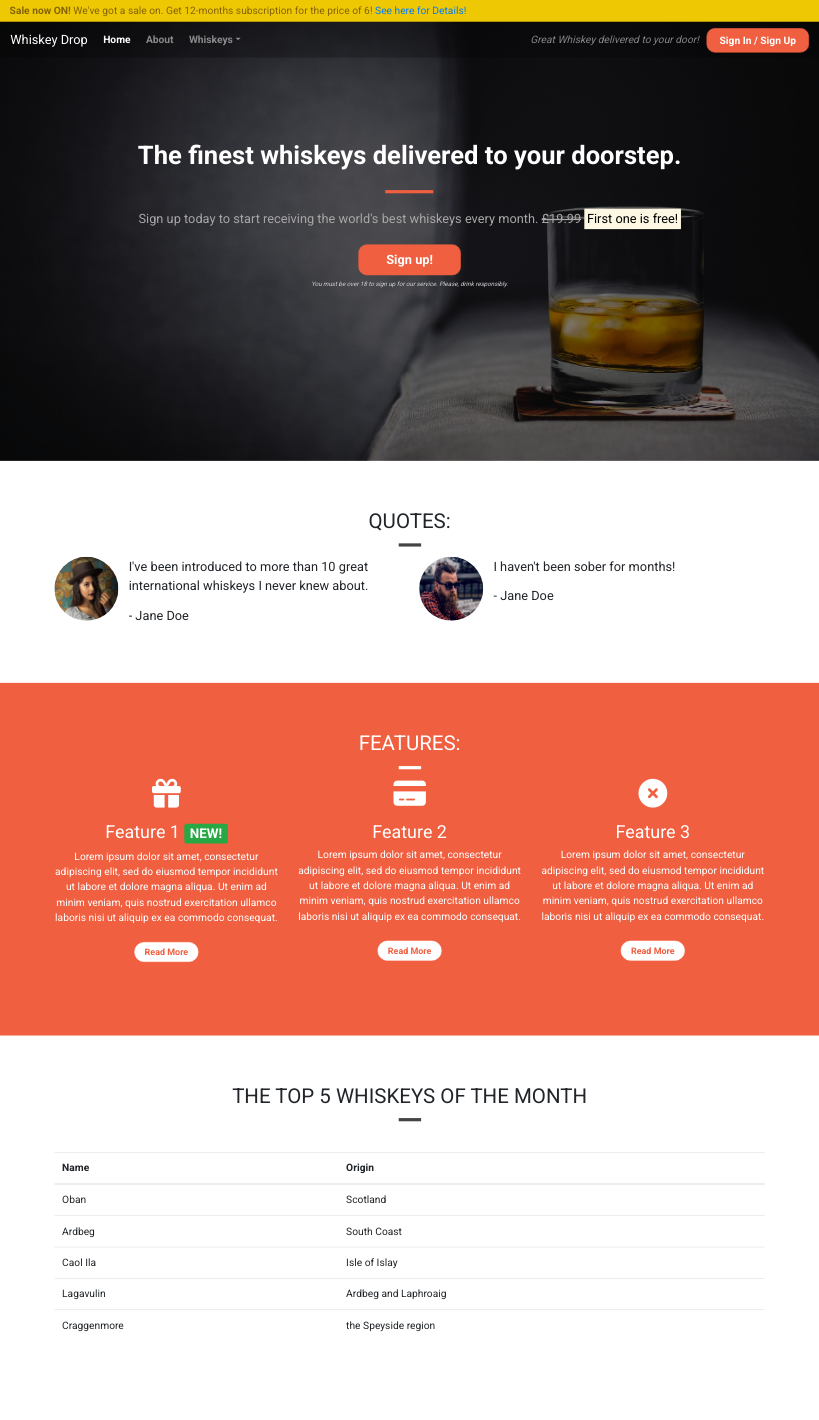
Repository: hidayatmansuri/BootStrap
Page: index.html
The author's editor kept a record of every edit. The page is drawn from the files as they stood at one moment, then again after the next edit.
The browser window is 1280 px wide. The pictures show the whole page, at 64% of full size.
Backgrounds fixed to the window are drawn as part of the page. Some web libraries are served in a nearby version.

Above is the page before.

### index.html
<!DOCTYPE html>
<html lang="en-us">

<head>
    <meta charset="utf-8">
    <meta name="viewport" content="width=device-width, initial-scale=1.0">
    <meta http-equiv="X-UA-Compatible" content="ie=edge">
    <title>Whiskey Drop | Taste a new whiskey every month</title>
    <link rel="stylesheet" href="https://maxcdn.bootstrapcdn.com/bootstrap/4.1.3/css/bootstrap.min.css">
    <script src="https://kit.fontawesome.com/011e87d520.js"></script>
    <link href="https://fonts.googleapis.com/css?family=Roboto:400,700&display=swap" rel="stylesheet">
    <link rel="stylesheet" href="css/style.css" type="text/css" />
</head>

<body>
    <div class="container-fluid navalert-container">
        <div class="container-fluid alert-container">
            <div class="row d-none d-sm-block">
                <div class="col-12">
                    <div class="site-wide-alert aler alert-warning">
                        <strong>Sale now ON!</strong> We've got a sale on. Get 12-months subscription for the price of 6! <a href="">See here for Details!</a>
                    </div>
                </div>
            </div>
        </div>
        <nav class="navbar navbar-dark navbar-expand-sm">
            <a href="/" class="navbar-brand"> Whiskey Drop</a>
            <button class="navbar-toggler ml-auto" type="button" data-toggle="collapse" data-target="#navbarNavDropdown" aria-controls="navbarNavDropdown" aria-expanded="false" aria-label="Toggle navigation">
        <span class="navbar-toggler-icon"></span></button>
            <div class="collapse navbar-collapse" id="navbarNavDropdown">
                <ul class="navbar-nav mr-auto">
                    <li class="active nav-item mr-2"><a class="nav-link" href="/">Home</a></li>
                    <li class="nav-item mr-2"><a class="nav-link" href="/ about">About</a></li>
                    <li class="nav-item dropdown">
                        <a class="nav-link dropdown-toggle" href="#" id="navbarDropdownMenuLink" role="button" data-toggle="dropdown" aria-haspopup="true" aria-expanded="false">Whiskeys</a>
                        <div class="dropdown-menu" aria-labelledby="navbarDropdownMenuLink">
                            <a class="dropdown-item" href="#">Irish</a>
                            <a class="dropdown-item" href="#">Scotch</a>
                            <a class="dropdown-item" href="#">Japanese</a>
                            <a class="dropdown-item" href="#">American</a>
                        </div>
                    </li>
                    <li class="nav-item mr-2 d-block d-sm-none">
                        <a class="nav-link " href="/ login">Sign In / Sign Up</a></li>
                </ul>
            </div>
            <div class="d-none d-md-block">
                <p class="navbar-text my-auto mr-2"><i>Great Whiskey delivered to your door!</i></p>
                <a href="/login" class="btn btn--cta btn--red"> Sign In / Sign Up</a>
            </div>
        </nav>
    </div>

    <!-- Callout -->
    <div class="container-fluid callout-container">
        <div class="opaque-overlay">&nbsp</div>
        <div class="row ">
            <div class="col-12">
                <section class="callout jumbotron text-center">
                    <h1 class="jumbotron-header">The finest whiskeys delivered to your doorstep.</h1>
                    <hr class="block-divider block-divider--orange">
                    <p class="lead">Sign up today to start receiving the world's best whiskeys every month.
                        <s class="d-none d-sm-inline">£19.99</s>
                        <span class="d-inline d-sm-none"><br></span>
                        <strong><mark>First one is free!</mark></strong></p>
                    <button class="btn btn-lg btn--cta btn--red" data-toggle="modal" data-target="#signUpModal">Sign up!</button>
                    <p class="text-muted"><small>You must be over 18 to sign up for our service. Please, drink responsibly.</small></p>
                </section>
            </div>
        </div>
    </div>
    <!-- /.callout -->


    <!-- Quotes -->
    <div class="container-wrapper">
        <div class="container quotes-container content-container">
            <section class="quotes">
                <div class="row">
                    <div class="col-12 page-header">
                        <h2 class="text-uppercase">Quotes:</h2>
                        <hr class="block-divider block-divider--short">
                    </div>
                </div>
                <div class="row">
                    <div class="col-12 col-md-6">
                        <div class="media">
                            <div class="d-none d-sm-block">
                                <img src="images/girl-image.png" class="rounded-circle mr-3" height=100 width=100>
                            </div>
                            <div class="media-body">
                                <blockquote class="blockquote">
                                    <p>I've been introduced to more than 10 great international whiskeys I never knew about.</p>
                                    <p>- Jane Doe</p>
                                </blockquote>
                            </div>
                        </div>
                    </div>
                    <div class="col-12 col-md-6">
                        <div class="media">
                            <div class="d-none d-sm-block">
                                <img src="images/guy-image.png" class="rounded-circle mr-3" height=100 width=100>
                            </div>
                            <div class="media-body">
                                <blockquote class="blockquote">
                                    <p>I haven't been sober for months!</p>
                                    <p>- Jane Doe</p>
                                </blockquote>
                            </div>
                        </div>
                    </div>
                </div>
            </section>
            <!-- /.quotes -->
        </div>
    </div>
    <!-- Features -->
    <div class="containr-wrapper container-wrapper--red">
        <div class="container feature-container content-container">
            <section class="features">
                <div class="row">
                    <div class="col-12 page-header">
                        <h2 class="text-uppercase">Features:</h2>
                        <hr class="block-divider block-divider--short block-divider--white">
                    </div>
                </div>
                <div class="row">
                    <div class="col-12 col-md-6 col-lg-4">
                        <div class="feature">
                            <h3><i class="fas fa-gift d-none d-sm-block"></i> Feature 1 <span class="badge badge-success">NEW!</span></h3>
                            <p>Lorem ipsum dolor sit amet, consectetur adipiscing elit, sed do eiusmod tempor incididunt ut labore et dolore magna aliqua. Ut enim ad minim veniam, quis nostrud exercitation ullamco laboris nisi ut aliquip ex ea commodo consequat.</p>
                            <p><a class="btn btn-sm btn-light" href="">Read More</a></p>
                        </div>
                    </div>
                    <div class="col-12 col-md-6 col-lg-4">
                        <div class="feature">
                            <h3><i class="fas fa-credit-card d-none d-sm-block"></i> Feature 2</h3>
                            <p>Lorem ipsum dolor sit amet, consectetur adipiscing elit, sed do eiusmod tempor incididunt ut labore et dolore magna aliqua. Ut enim ad minim veniam, quis nostrud exercitation ullamco laboris nisi ut aliquip ex ea commodo consequat.</p>
                            <p><a class="btn btn-sm btn-light" href="">Read More</a></p>
                        </div>
                    </div>
                    <div class="col-12 d-md-none d-lg-block col-lg-4">
                        <div class="feature">
                            <h3><i class="fas fa-times-circle d-none d-sm-block"></i> Feature 3</h3>
                            <p>Lorem ipsum dolor sit amet, consectetur adipiscing elit, sed do eiusmod tempor incididunt ut labore et dolore magna aliqua. Ut enim ad minim veniam, quis nostrud exercitation ullamco laboris nisi ut aliquip ex ea commodo consequat.</p>
                            <p><a class="btn btn-sm btn-light" href="">Read More</a></p>
                        </div>
                    </div>
                </div>
            </section>
            <!-- /.features -->
        </div>
    </div>
    <section>
        <div class="container feature-container content-container">
            <div class="col-12 page-header">
                <h2 class="text-uppercase">The top 5 whiskeys of the month</h2>
                <hr class="block-divider block-divider--short">
            </div>
            <table class="my-5 table">
                <thead>
                    <tr>
                        <th scope="col">Name</th>
                        <th scope="col">Origin</th>
                    </tr>
                </thead>
                <tbody>
                    <tr>
                        <td>Oban</td>
                        <td>Scotland</td>
                    </tr>
                    <tr>
                        <td>Ardbeg</td>
                        <td>South Coast</td>
                    </tr>
                    <tr>
                        <td>Caol Ila</td>
                        <td>Isle of Islay</td>
                    </tr>
                    <tr>
                        <td>Lagavulin</td>
                        <td>Ardbeg and Laphroaig</td>
                    </tr>
                    <tr>
                        <td>Craggenmore</td>
                        <td>the Speyside region</td>
                    </tr>
                </tbody>
            </table>
        </div>
    </section>

    <div class="modal" tabindex="-1" role="dialog" id="signUpModal">
        <div class="modal-dialog" role="document">
            <div class="modal-content">
                <div class="modal-header">
                    <h5 class="modal-title">Sign Up to Whiskey Drop!</h5>
                    <button type="button" class="close" data-dismiss="modal" aria-label="Close">
          <span aria-hidden="true">&times;</span>
        </button>
                </div>
                <div class="modal-body">
                    <form>
                        <div class="form-group">
                            <label for="exampleInputEmail1">Email address</label>
                            <input type="email" class="form-control" id="exampleInputEmail1" aria-describedby="emailHelp" placeholder="Enter email">
                            <small id="emailHelp" class="form-text text-muted">We'll never share your email with anyone else.</small>
                        </div>
                        <div class="form-group">
                            <label for="Password">Password</label>
                            <input type="password" class="form-control" id="Password" placeholder="Password">
                        </div>
                        <div class="form-group">
                            <label for="repeatPassword">Repeat Password</label>
                            <input type="password" class="form-control" id="repeatPassword" placeholder="Repeat Password">
                        </div>
                        <button type="submit" class="btn btn-success">Submit</button>
                    </form>
                </div>
            </div>
        </div>
    </div>
    <script src="https://code.jquery.com/jquery-3.3.1.slim.min.js" integrity="sha384-q8i/X+965DzO0rT7abK41JStQIAqVgRVzpbzo5smXKp4YfRvH+8abtTE1Pi6jizo" crossorigin="anonymous"></script>
    <script src="https://cdnjs.cloudflare.com/ajax/libs/popper.js/1.14.7/umd/popper.min.js" integrity="sha384-UO2eT0CpHqdSJQ6hJty5KVphtPhzWj9WO1clHTMGa3JDZwrnQq4sF86dIHNDz0W1" crossorigin="anonymous"></script>
    <script src="https://stackpath.bootstrapcdn.com/bootstrap/4.3.1/js/bootstrap.min.js" integrity="sha384-JjSmVgyd0p3pXB1rRibZUAYoIIy6OrQ6VrjIEaFf/nJGzIxFDsf4x0xIM+B07jRM" crossorigin="anonymous"></script>
</body>

</html>

### css/style.css
body {
    font-family: 'Roboto', sans-serif;
}

.container-wrapper{

}

.container-wrapper--red {
    background-color: #f05f40;
    color:white;
}

.alert-container .col-12 {
    padding-left: 0;
    padding-right: 0;
}

.site-wide-alert {
    border-radius: 0;
    margin-bottom: 0;
    padding: 5px 15px;
    background-color: #eec802;
    border-color: #eec802;
}

.callout-container {
    height: 100vh;

    background: url(../images/whiskey-background.jpg) no-repeat bottom right fixed;
    -webkit-background-size: cover;
    -moz-background-size: cover;
    -o-background-size: cover;
    background-size: cover;

    display:flex;
    align-items: center;
    justify-content: center;

    position: relative;

}

.opaque-overlay {
    position: absolute;
    top: 0;
    left: 0;
    height: 100%;
    width: 100%;
    background-color: rgba(0,0,0,0.5);
}

.quotes-container {}

.feature-container {}

/* Page Header */

.page-header {
    margin-bottom: 0;
    border-bottom: 0;
    test-align: center;
}

.page-header h2 {
   margin-top: 0;
   text-align: center;
}

/*Block dividers */

.block-divider {
    width: 75px;
    height: 5px;
    border: 0;
    background-color: #444;

}

.block-divider--orange {
    background-color: #f05f40;
}

.block-divider--white {
    background-color: white;
}

.block-divider--short {
     width: 35px;
}

/* Content Containers */

.content-container {
    padding-top: 75px;
    padding-bottom: 75px;
    /*text-align: center;*/
}

/* Navbar */

.navalert-container {
    position: absolute;
    top:0;
    left:0;
    padding-left: 0;
    padding-right: 0;
    z-index: 1;
}

.navbar {
    margin-bottom: 0;
    border: 0;
    width: 100%;
    background-color: rgba(0,0,0,0.25);
}

.navbar .navbar-nav a {
    font-weight: bold;
}

.navbar .navbar-toggler {
    font-weight: bold;
}

.navbar-brand {
    background-color: transparent;
}

/*jumbotron*/

.jumbotron {
    background-color: transparent;
}

.jumbotron-header {
    color: white;
    font-weight: bold;
    margin-bottom: 30px;
}

.jumbotron .lead {
    margin: 25px 0;
    color: #a7a7a7;
}

.jumbotron small {
    font-size: 60%;
    font-style: italic;
    color: #d0d0d0;
}

/* Buttons */

.btn--cta {
    font-weight: bold;
    border-radius: 13px;
    width: 160px;
}

.btn--red {
    color: white;
    background-color: #f05f40;
    border-color: #f05f40;
}

.btn--red:hover,
.btn--red:active,
.btn--red:focus,
.btn--red:active:focus {
    background-color: #df4929;
    border-color: #df4929;
}

.feature {
    text-align: center;
    margin-bottom: 40px;
}

.feature i {
    margin-bottom: 20px;
    font-size: 45px;
    line-height: 45px;
}

.feature .btn {
    background-color: white;
    border-color: white;
    border-radius: 15px;
    min-width: 100px;
    font-weight: bold;
    margin-top: 10px;
    color: #f05f40;
}

After the next edit:
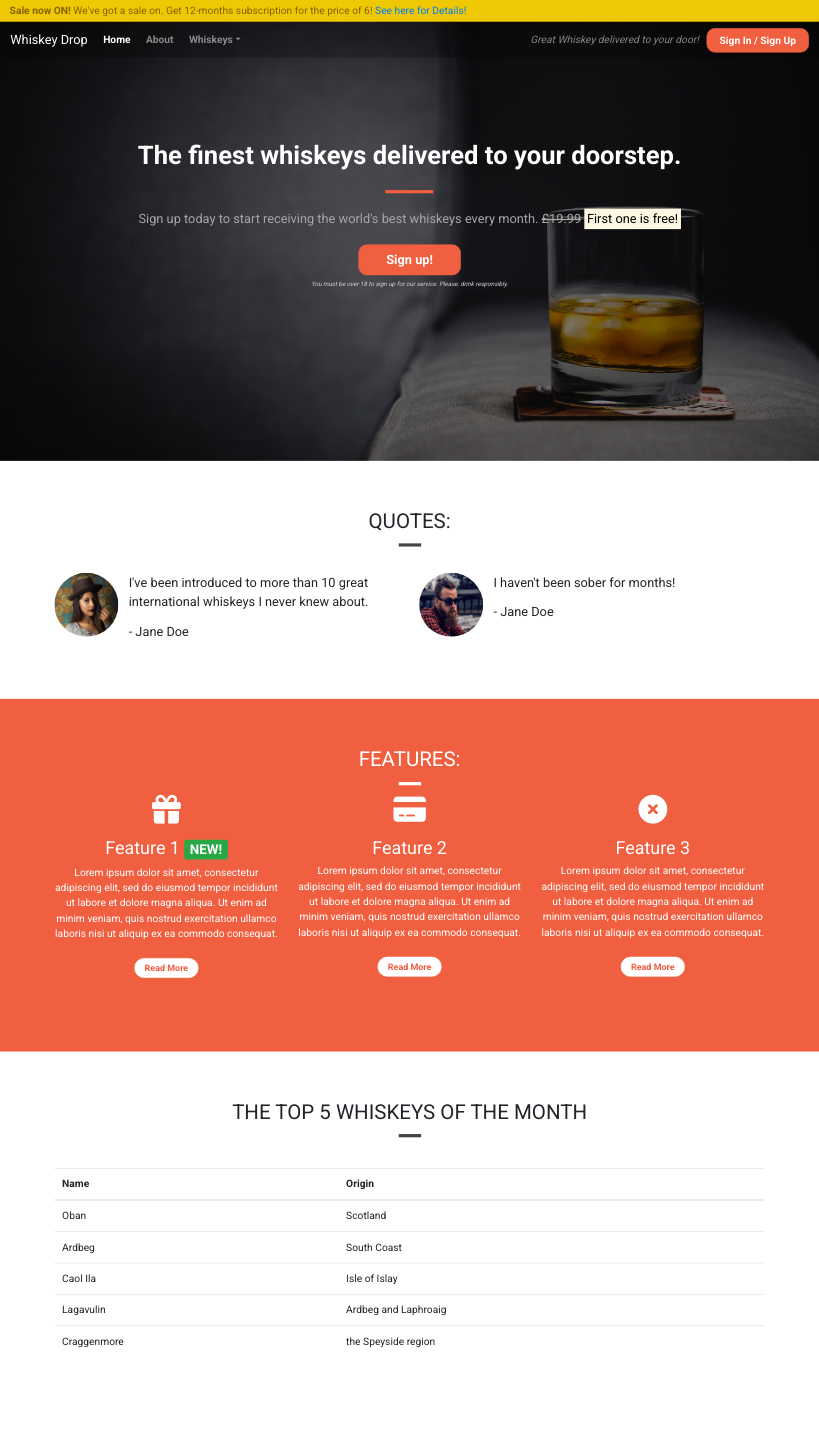
The edit:
--- a/css/style.css
+++ b/css/style.css
@@ -65,6 +65,10 @@
 .page-header h2 {
    margin-top: 0;
    text-align: center;
+}
+
+.quotes .page-header {
+    margin-bottom: 25px;
 }
 
 /*Block dividers */
